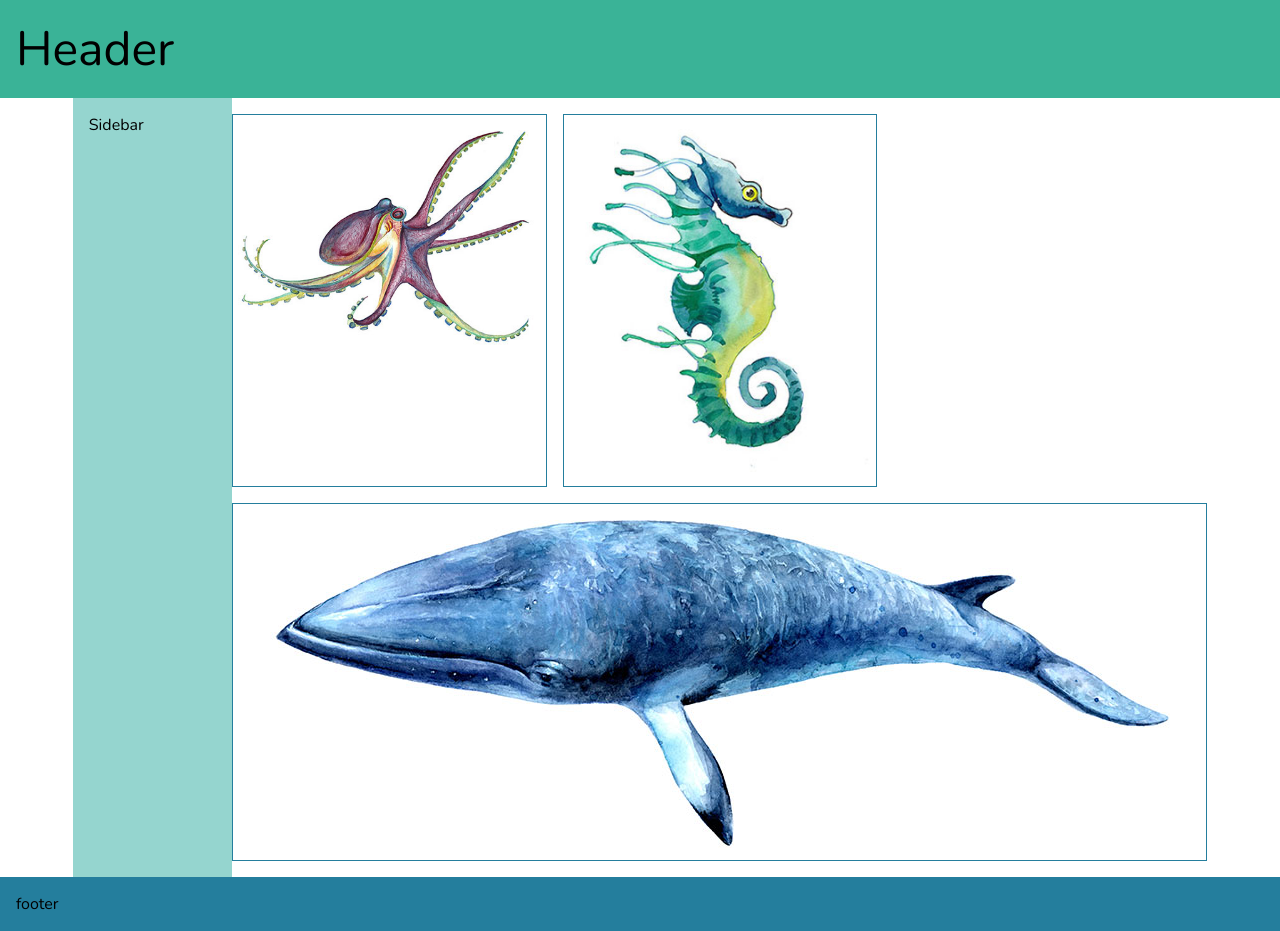
Repository: mariocapitbrok/css-combining-grid-and-flexbox-0207
Page: index.html
The author's editor kept a copy of each file at every save. The page is drawn from the files as they stood at one save, then again after the next save.
The browser window is 1280 px wide. The pictures show the whole page.

Above is the page before, as saved 2022-10-07 09:30:08.

### index.html
<!DOCTYPE html>
<html lang="en">
<head>
    <meta charset="UTF-8">
    <meta name="viewport" content="width=device-width, initial-scale=1.0">
    <title>Responsive grid webpage</title>
    <link rel="stylesheet" href="styles/base.css">
</head>
<body>
   <section class="container">
       <header>Header</header>
       <aside>Sidebar</aside>
       <main>
            <article><img src="images/01.jpg" alt="sealife"></article>
            <article><img src="images/02.jpg" alt="sealife"></article>
            <article><img src="images/03.jpg" alt="sealife"></article>
       </main>
       <footer>footer</footer>
   </section>
</body>
</html>

### styles/base.css
@import url('https://fonts.googleapis.com/css2?family=Nunito:ital,wght@0,300;0,400;0,700;0,900;1,600&display=swap');

* {
    margin: 0;
    padding: 0;
    font-family: 'Nunito', sans-serif;
    box-sizing: border-box;
}

img {
    max-width: 100%;
    height: auto;
}

header, aside, footer {
    padding: 1rem;
}

header {
    background-color: #3ab397;
    font-size: 3rem;
    grid-area: header;
}

aside {
    background-color: #95d5cf;
    grid-area: aside;
}

main {
    margin: 1em 0;
    grid-area: main;
    display: grid;
    grid-template-columns: repeat(auto-fit, minmax(300px, 1fr));
    grid-gap: 1em;
}

article {
    border: solid 1px #247e9d;
    text-align: center;
}

footer {
    background-color: #247e9d;
    grid-area: footer;
}

.container {
    display: grid;
    grid-template-areas:
        "header"
        "main"
        "aside"
        "footer"
}

article:nth-of-type(3) {
    grid-column: 1 / -1
}


@media screen and (min-width:800px) {
    .container {
        grid-template-areas:
            "header header header header"
            ". aside main ."
            "footer footer footer footer";
    }

}

After the next save:
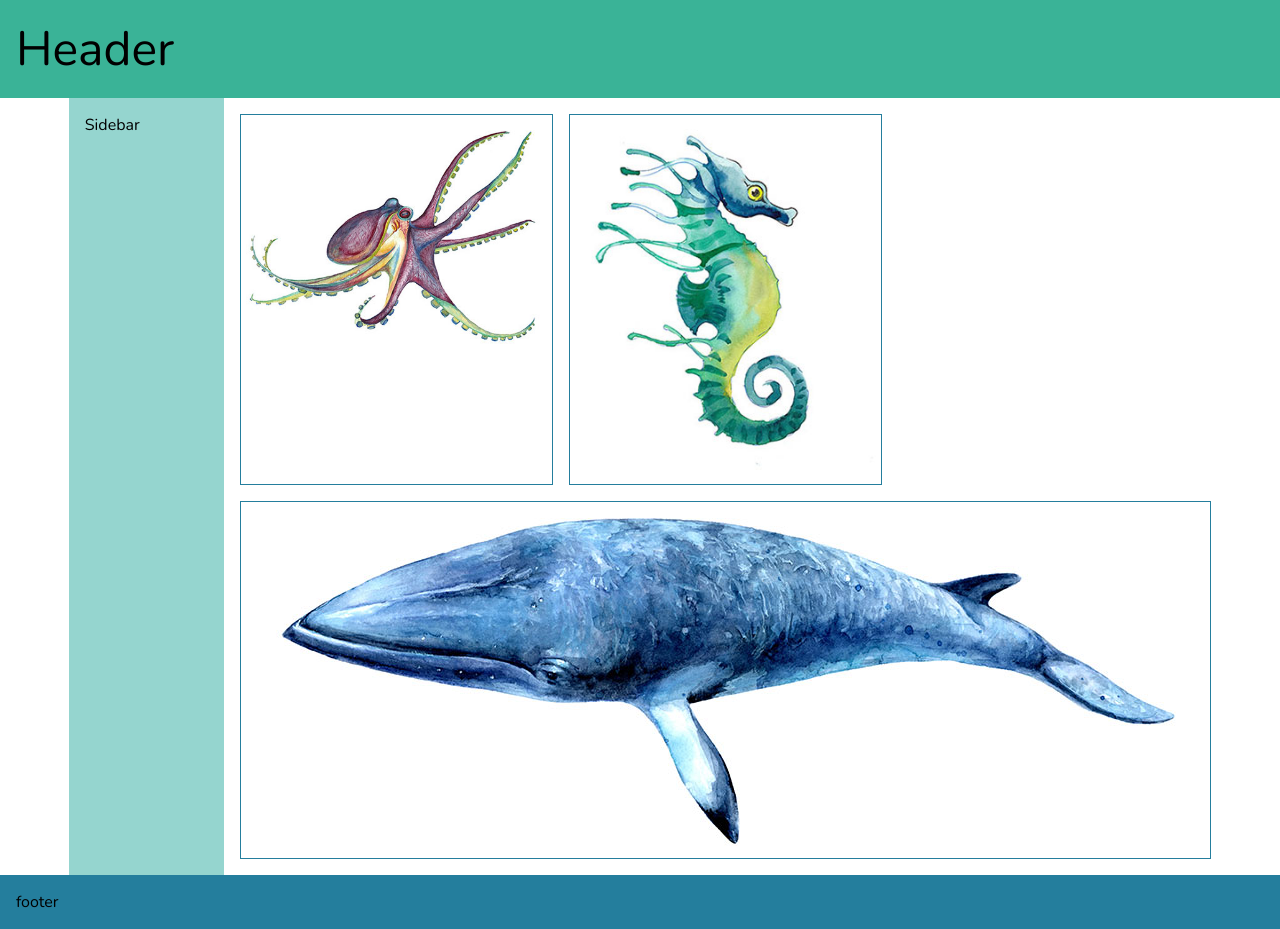
Saved 19 min 23 s later.
--- a/styles/base.css
+++ b/styles/base.css
@@ -66,5 +66,8 @@ article:nth-of-type(3) {
             ". aside main ."
             "footer footer footer footer";
     }
+    aside {
+        margin-right: 1em
+    }
 
 }
